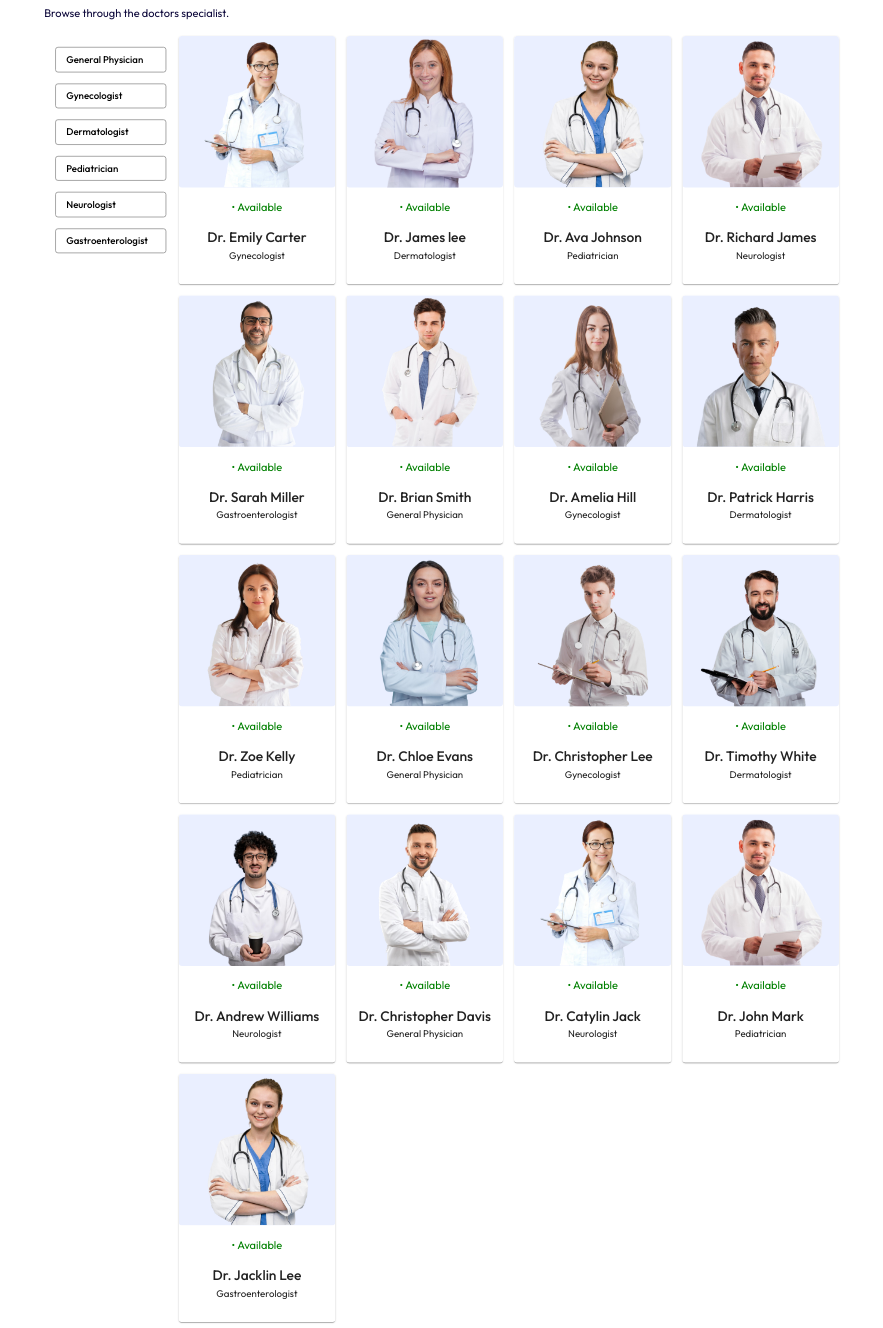
Repository: Ali-Dmerdash/DEPI_GRAD
Page: /
The author's editor kept a copy of each file at every save. The page is drawn from the files as they stood at one save, then again after the next save.
The browser window is 1280 px wide. The pictures show the whole page, at 69% of full size.
The project was rebuilt for these pictures with package versions that can differ from the ones it lists, and the page was loaded fresh each time. Also part of the build but not shown: vite.config.ts.

Above is the page before, as saved 2024-10-05 23:11:18.

### src/App.tsx
import "./App.css";
import "react-router-dom";
import { library } from "@fortawesome/fontawesome-svg-core";
import { fab } from "@fortawesome/free-brands-svg-icons";
import { fas } from "@fortawesome/free-solid-svg-icons";
import { far } from "@fortawesome/free-regular-svg-icons";
import Doctors from "./pages/doctors/index.tsx";

function App() {
  return (
    <>
      <Doctors />
    </>
  );
}

export default App;
library.add(fab, fas, far);

### src/index.css
@import url("https://fonts.googleapis.com/css2?family=Outfit:wght@100..900&display=swap");

body {
  font-family: "Outfit", sans-serif;
  color: var(--text-color);
}

:root {
  --primary-color: #07456f;
  --secondary-color: #009f9d;
  --text-color: #0f0a3c;
  --card-button-color: #ace6f6;
  --border-color: #adadad;
}

### src/App.css
@import "./App.css";

body {
  color: var(--text-color);
}

### src/pages/doctors/index.tsx
import React, { useState } from "react";
import {
  Container,
  Grid,
  Card,
  CardContent,
  Typography,
  Box,
  CardMedia,
  Button,
} from "@mui/material";

interface Doctor {
  id: number;
  name: string;
  specialization: string;
  image: string;
  available?: boolean;
}

const doctors: Doctor[] = [
  {
    id: 1,
    name: "Dr. Emily Carter",
    specialization: "Gynecologist",
    image: "/src/pages/doctors/DEPI-React/file (2) 1.png",
    available: true,
  },
  {
    id: 2,
    name: "Dr. James lee",
    specialization: "Dermatologist",
    image: "/src/pages/doctors/DEPI-React/file (2) 2.png",
    available: true,
  },
  {
    id: 3,
    name: "Dr. Ava Johnson",
    specialization: "Pediatrician",
    image: "/src/pages/doctors/DEPI-React/file (2) 3.png",
    available: true,
  },
  {
    id: 4,
    name: "Dr. Richard James",
    specialization: "Neurologist",
    image: "/src/pages/doctors/DEPI-React/file (3) 1.png",
    available: true,
  },
  {
    id: 5,
    name: "Dr. Sarah Miller",
    specialization: "Gastroenterologist",
    image: "/src/pages/doctors/DEPI-React/file (3) 2.png",
    available: true,
  },
  {
    id: 6,
    name: "Dr. Brian Smith",
    specialization: "General Physician",
    image: "/src/pages/doctors/DEPI-React/file (3) 3.png",
    available: true,
  },
  {
    id: 7,
    name: "Dr. Amelia Hill",
    specialization: "Gynecologist",
    image: "/src/pages/doctors/DEPI-React/file (4) 1.png",
    available: true,
  },
  {
    id: 8,
    name: "Dr. Patrick Harris",
    specialization: "Dermatologist",
    image: "/src/pages/doctors/DEPI-React/file (4) 2.png",
    available: true,
  },
  {
    id: 9,
    name: "Dr. Zoe Kelly",
    specialization: "Pediatrician",
    image: "/src/pages/doctors/DEPI-React/file (4) 3.png",
    available: true,
  },
  {
    id: 10,
    name: "Dr. Chloe Evans",
    specialization: "General Physician",
    image: "/src/pages/doctors/DEPI-React/file (4) 4.png",
    available: true,
  },
  {
    id: 11,
    name: "Dr. Christopher Lee",
    specialization: "Gynecologist",
    image: "/src/pages/doctors/DEPI-React/file (5) 1.png",
    available: true,
  },
  {
    id: 12,
    name: "Dr. Timothy White",
    specialization: "Dermatologist",
    image: "/src/pages/doctors/DEPI-React/file (5) 2.png",
    available: true,
  },
  {
    id: 13,
    name: "Dr. Andrew Williams",
    specialization: "Neurologist",
    image: "/src/pages/doctors/DEPI-React/file (5) 3.png",
    available: true,
  },
  {
    id: 14,
    name: "Dr. Christopher Davis",
    specialization: "General Physician",
    image: "/src/pages/doctors/DEPI-React/file (5) 4.png",
    available: true,
  },
  {
    id: 15,
    name: "Dr. Catylin Jack",
    specialization: "Neurologist",
    image: "/src/pages/doctors/DEPI-React/file (2) 1.png",
    available: true,
  },
  {
    id: 16,
    name: "Dr. John Mark",
    specialization: "Pediatrician",
    image: "/src/pages/doctors/DEPI-React/file (3) 1.png",
    available: true,
  },
  {
    id: 17,
    name: "Dr. Jacklin Lee",
    specialization: "Gastroenterologist",
    image: "/src/pages/doctors/DEPI-React/file (2) 3.png",
    available: true,
  },
];

const specializations = [
  "General Physician",
  "Gynecologist",
  "Dermatologist",
  "Pediatrician",
  "Neurologist",
  "Gastroenterologist",
];

const Doctors: React.FC = () => {
  const [selectedSpecialization, setSelectedSpecialization] = useState<
    string | null
  >(null);

  const handleSpecializationClick = (specialization: string) => {
    setSelectedSpecialization(
      selectedSpecialization === specialization ? null : specialization
    );
  };

  const filteredDoctors = selectedSpecialization
    ? doctors.filter(
        (doctor) => doctor.specialization === selectedSpecialization
      )
    : doctors;

  return (
    <Container maxWidth="lg">
      <Grid item xs={12} md={12} mb={3}>
        Browse through the doctors specialist.
      </Grid>
      <Grid container spacing={2}>
        <Grid item xs={12} md={2}>
          <Box
            sx={{
              padding: 2,
              marginBottom: 2,
              width: "90%",
            }}
          >
            {specializations.map((specialization) => (
              <Button
                key={specialization}
                onClick={() => handleSpecializationClick(specialization)}
                variant={
                  selectedSpecialization === specialization
                    ? "contained"
                    : "outlined"
                }
                fullWidth
                sx={{
                  color: "black",
                  borderColor: "gray",
                  marginBottom: 2,
                  justifyContent: "flex-start",
                  textTransform: "none",
                }}
              >
                {specialization}
              </Button>
            ))}
          </Box>
        </Grid>

        <Grid item xs={12} md={10}>
          <Grid container spacing={2}>
            {filteredDoctors.map((doctor) => (
              <Grid item xs={12} md={3} key={doctor.id}>
                <Card
                  sx={{
                    transition: "transform 0.2s",
                    "&:hover": {
                      transform: "scale(1.05)",
                      boxShadow: "0 4px 20px rgba(0,0,0,0.3)",
                    },
                  }}
                >
                  <CardMedia
                    component="img"
                    image={doctor.image}
                    alt={doctor.name}
                    sx={{
                      width: "100%",
                      height: "220px",
                      objectFit: "scale-down",
                      borderRadius: "5px",
                      backgroundColor: "#eaefff",
                    }}
                  />
                  <CardContent>
                    {doctor.available && (
                      <Typography color="green" align="center">
                        &bull; Available
                      </Typography>
                    )}
                    <Typography variant="h6" align="center" sx={{ mt: 2 }}>
                      {doctor.name}
                    </Typography>
                    <Typography variant="body2" align="center" sx={{ mb: 1 }}>
                      {doctor.specialization}
                    </Typography>
                  </CardContent>
                </Card>
              </Grid>
            ))}
          </Grid>
        </Grid>
      </Grid>
    </Container>
  );
};

export default Doctors;

### src/Component/AdminNavbar/Navbar.tsx
import { AppBar, Toolbar, Button, Box, Typography } from '@mui/material';
import { FontAwesomeIcon } from "@fortawesome/react-fontawesome";

const Navbar = () => {
  return (
    <AppBar
      position="fixed"
      sx={{ bgcolor: 'white', boxShadow: 1, p: 1 }}
    >
      <Toolbar sx={{ display: 'flex', justifyContent: 'space-between', alignItems: 'center' }}>

        <Box sx={{ display: 'flex', alignItems: 'center' }}>
        <FontAwesomeIcon
              icon={["fas", "staff-snake"]}
              size="3x"
              style={{ color: "var(--primary-color)"}}
            />
         <Typography color="textSecondary"  style={{ color: "var(--secondary-color)", fontSize:"25px"}} >
            Oasis
         </Typography>

        </Box>

        <Button
          variant="contained"
          sx={{
            bgcolor: '#07456F',
            color: 'white',
            px: 3,
            py: 1.5,
            borderRadius: '8px',
            '&:hover': {
              bgcolor: '#07456F',
              opacity: 0.9,
            },
            transition: 'opacity 0.3s',
          }}
        >
          Log Out
        </Button>
      </Toolbar>
    </AppBar>
  );
};

export default Navbar;

### src/Components/Sidebar/Sidebar.tsx
import { useState } from "react";
import { Link } from "react-router-dom";
import { IoMdAdd } from "react-icons/io";
import { GoPerson } from "react-icons/go";
import { IoHomeOutline, IoCalendarOutline } from "react-icons/io5";
import {
  Drawer,
  Button,
  List,
  ListItemText,
  Box,
  ListItemButton,
} from "@mui/material";
import MenuIcon from "@mui/icons-material/Menu";

const Sidebar = () => {
  const [isOpen, setIsOpen] = useState(false);

  const toggleSidebar = () => {
    setIsOpen(!isOpen);
  };
  return (
    <>
      {/* Hamburger Button for Mobile */}
      <Button
        onClick={toggleSidebar}
        sx={{ display: { md: "none" }, color: "gray" }}
      >
        <MenuIcon />
      </Button>

      {/* Sidebar Drawer for Mobile */}
      <Drawer
        anchor="left"
        open={isOpen}
        onClose={toggleSidebar}
        sx={{ display: { xs: "block", md: "none" } }}
      >
        <Box
          sx={{
            width: 250,
            bgcolor: "#1F2937",
            color: "white",
            height: "100vh",
          }} // Tailwind's gray-800 equivalent
          role="presentation"
          onClick={toggleSidebar}
          onKeyDown={toggleSidebar}
        >
          {
            <h2
              style={{
                textAlign: "center",
                margin: "16px 0",
                fontSize: "24px",
                fontWeight: "bold",
              }}
            >
              Admin Dashboard
            </h2>
          }
          <List>
            <ListItemButton component={Link} to="/">
              <ListItemText primary="Dashboard" />
            </ListItemButton>
            <ListItemButton component={Link} to="/appointments">
              <ListItemText primary="Appointments" />
            </ListItemButton>
            <ListItemButton component={Link} to="/doctors">
              <ListItemText primary="Doctors" />
            </ListItemButton>
            <ListItemButton component={Link} to="/add-doctor">
              <ListItemText primary="Add Doctor" />
            </ListItemButton>
          </List>
        </Box>
      </Drawer>

      {/* Persistent Sidebar for Desktop */}
      <Box
        sx={{
          display: { xs: "none", md: "block" },
          width: "250px",
          bgcolor: "#1F2937", // Tailwind's gray-800 equivalent
          color: "white",
          height: "calc(100vh - 64px)", // Adjust for Navbar height (assuming 64px height for Navbar)
          position: "fixed",
          top: "73px", // Adjusted to start after Navbar
          left: 0,
        }}
      >
        {/* <h2
          style={{
            textAlign: "center",
            margin: "16px 0",
            fontSize: "24px",
            fontWeight: "bold",
          }}
        >
          Admin Dashboard
        </h2> */}
        <List>
          <ListItemButton component={Link} to="/">
            <Box mr={0.5}>
              <IoHomeOutline />
            </Box>
            <ListItemText primary="Dashboard" />
          </ListItemButton>
          <ListItemButton component={Link} to="/appointments">
            <Box mr={0.5}>
              <IoCalendarOutline />
            </Box>
            <ListItemText primary="Appointments" />
          </ListItemButton>
          <ListItemButton component={Link} to="/doctors">
            <Box mr={0.5}>
              <GoPerson />
            </Box>
            <ListItemText primary="Doctors" />
          </ListItemButton>
          <ListItemButton component={Link} to="/add-doctor">
            <Box mr={0.5}>
              <IoMdAdd />
            </Box>
            <ListItemText primary="Add Doctor" />
          </ListItemButton>
        </List>
      </Box>
    </>
  );
};

export default Sidebar;

Loaded but not shown: index.html (common file); src/main.tsx (common file)

After the next save:
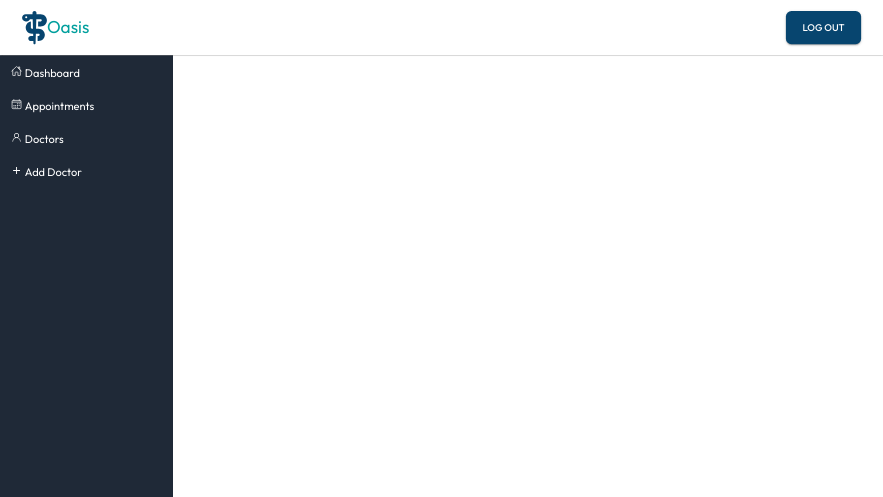
Saved 2 days later.
--- a/src/App.tsx
+++ b/src/App.tsx
@@ -4,14 +4,14 @@ import { library } from "@fortawesome/fontawesome-svg-core";
 import { fab } from "@fortawesome/free-brands-svg-icons";
 import { fas } from "@fortawesome/free-solid-svg-icons";
 import { far } from "@fortawesome/free-regular-svg-icons";
-import Doctors from "./pages/doctors/index.tsx";
+import Navbar from "./Component/AdminNavbar/Navbar";
+import Sidebar from "./Components/Sidebar/Sidebar";
 
 function App() {
-  return (
-    <>
-      <Doctors />
-    </>
-  );
+  return <>
+      <Navbar/>
+      <Sidebar/>
+  </>;
 }
 
 export default App;
